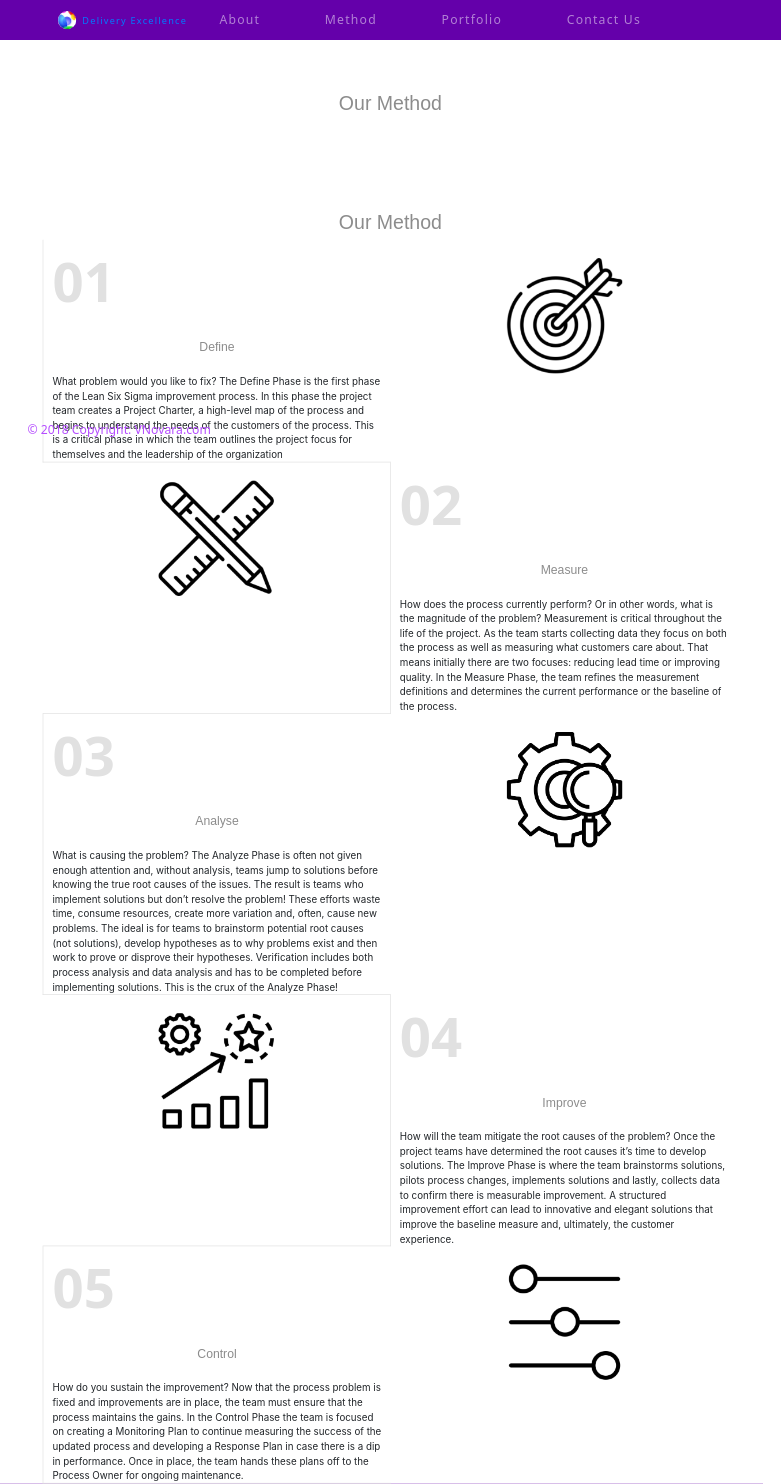
Repository: valenovi76/DeliveryExcellence
Page: method.html
The author's editor kept a record of every edit. The page is drawn from the files as they stood at one moment, then again after the next edit.
The browser window is 1280 px wide. The pictures show the whole page, at 61% of full size.
Some web libraries are served in a nearby version.

Above is the page before.
Console error (its wording comes from the project's code and is left out).

After the next edit:
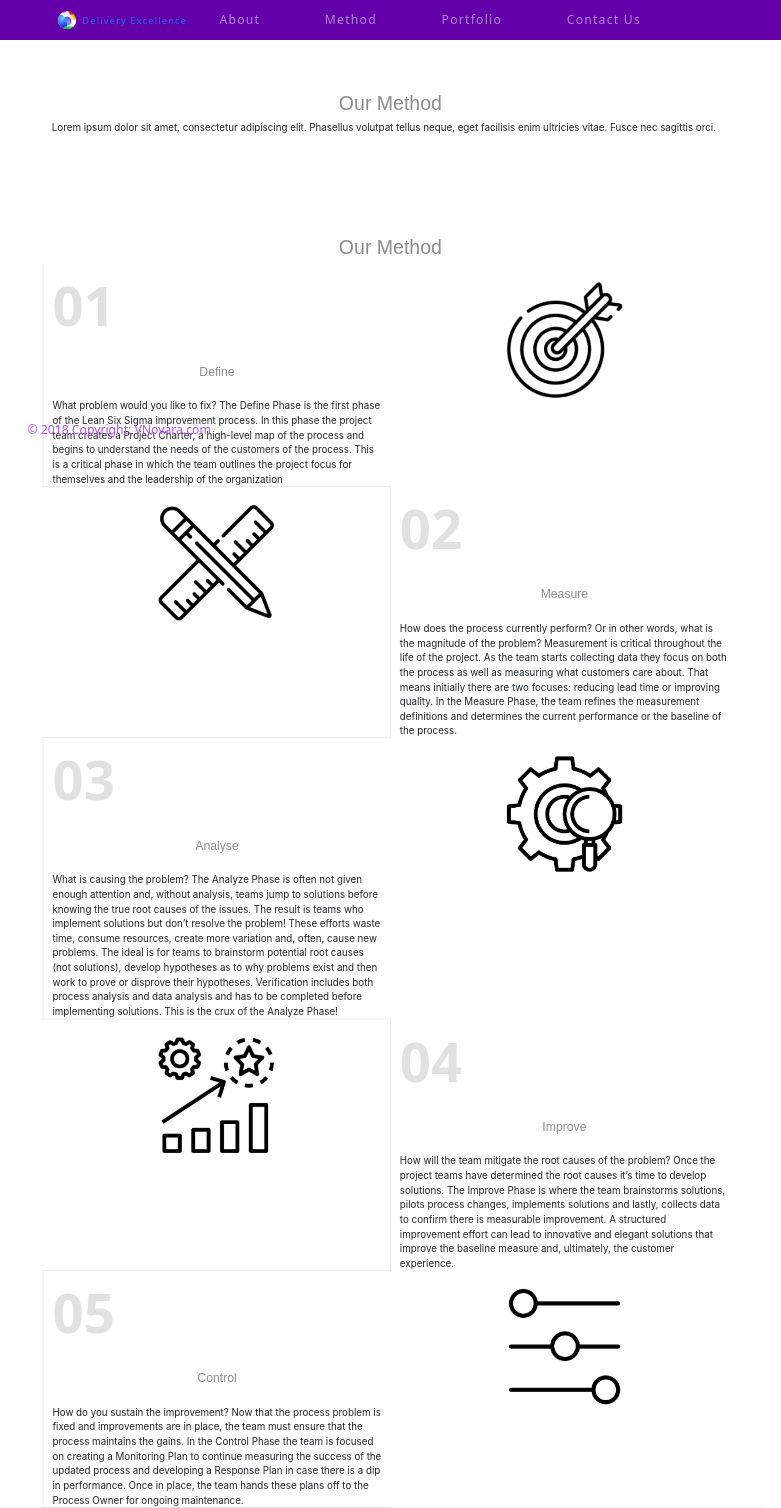
The edit:
--- a/method.html
+++ b/method.html
@@ -47,6 +47,9 @@
         <div class="row method-pg">
                 <div class="col-12">
                     <h2>Our Method</h2>
+                    <p>Lorem ipsum dolor sit amet, consectetur adipiscing elit.
+                Phasellus volutpat tellus neque, eget facilisis enim ultricies vitae.
+                Fusce nec sagittis orci. </p>
                 </div>
        </div>
 
